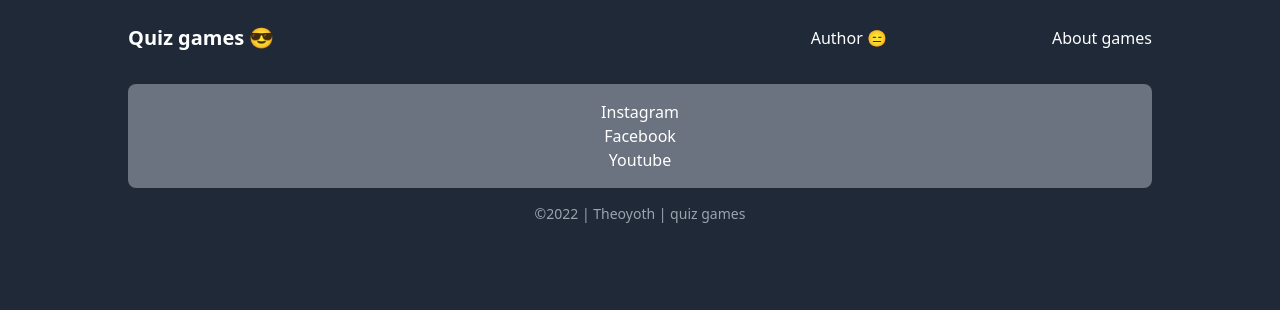
Repository: theoyoth/quiz-game
Page: /author
These files come from the project's save history. The page is drawn as it stood at one moment and after the next save; the edit follows.
The browser window is 1280 px wide. The pictures show the whole page.
The project was rebuilt for these pictures with package versions that can differ from the ones it lists, and the page was loaded fresh each time. The framework's server and built-in components were replaced by stand-ins that run in the browser. Also part of the build but not shown: nuxt.config.js, components/EndPage.vue, components/Loading.vue, layouts/404.vue, layouts/error.vue, layouts/errorLayout.vue.

Above is the page before, as saved 2022-06-16 20:08:15.

### assets/css/main.css
@tailwind base;
@tailwind components;
@tailwind utilities;


/* hide scrollbar */
/* ================================ */
* {
  /* for explorer, edge */
  -ms-overflow-style: none;
  /* for firefox */
  scrollbar-width: none;
}
::-webkit-scrollbar {
  /* for chrome, safari, and opera */
  display: none;
}
/* ================================ */

.correct {
  background-color: rgb(23, 87, 170);
}
.incorrect {
  background-color: rgb(204, 49, 41);
}

### components/Footer.vue
.<template>
  <div class="text-center mt-4">
    <p class="text-sm text-gray-400">&copy;2022 | Theoyoth | quiz games</p>
  </div>
</template>

<script>
export default {

}
</script>

### components/Header.vue
<template>
  <div class="flex justify-between items-center">
    <div>
      <h2 class="font-bold text-xl">
        <NuxtLink to="/">Quiz games 😎</NuxtLink>
      </h2>
    </div>
    <div class="lg:w-1/3 sm:w-1/2 md:w-1/3 xl:w-1/3 flex justify-between items-center">
      <NuxtLink to="/author">Author 😑</NuxtLink>
      <NuxtLink to="/about">About games</NuxtLink>
    </div>
  </div>
</template>

<script>
export default {

}
</script>

### components/Main.vue
<template>
  <div>
    <div class="lg:px-10 md:px-8 sm:px-4 xl:px-32 py-6 min-h-screen bg-gray-800 text-white">
    <Header />
      <NuxtChild />
    <Footer />
    </div>
  </div>
</template>

<script>
export default {

}
</script>

### layouts/default.vue
<template>
  <Main>
      <Nuxt />
  </Main>
</template>

### pages/author.vue
<template>
  <div>
    <div class="bg-gray-500 rounded-lg py-4 flex flex-col items-center mt-8">
      <a href="https://www.instagram.com/theoyoth/" target="_blank">
        <button>Instagram</button>
      </a>
      <a href="/game" target="_blank">
        <button>Facebook</button>
      </a>
      <a href="/game" target="_blank">
        <button>Youtube</button>
      </a>
    </div>
  </div>
</template>

<script>
export default {

}
</script>

### tailwind.config.js
/** @type {import('tailwindcss').Config} */
module.exports = {
  content: [
    "./components/**/*.{js,vue,ts}",
    "./layouts/**/*.vue",
    "./pages/**/*.vue",
    "./plugins/**/*.{js,ts}",
    "./nuxt.config.{js,ts}",
  ],
  theme: {
    extend: {},
    screens: {
      sm: "410px",
      md: "640px",
      lg: "770px",
      xl: "1024px",
    },
  },
  plugins: [],
};

After the next save:
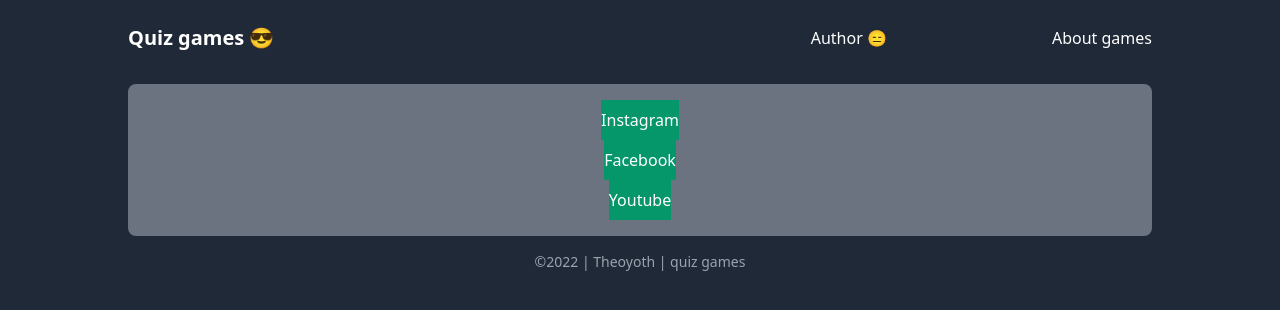
Saved 45 s later.
--- a/pages/author.vue
+++ b/pages/author.vue
@@ -1,13 +1,13 @@
 <template>
   <div>
     <div class="bg-gray-500 rounded-lg py-4 flex flex-col items-center mt-8">
-      <a href="https://www.instagram.com/theoyoth/" target="_blank">
+      <a href="https://www.instagram.com/theoyoth/" target="_blank" class="bg-green-600 py-2">
         <button>Instagram</button>
       </a>
-      <a href="/game" target="_blank">
+      <a href="/game" target="_blank" class="bg-green-600 py-2">
         <button>Facebook</button>
       </a>
-      <a href="/game" target="_blank">
+      <a href="/game" target="_blank" class="bg-green-600 py-2">
         <button>Youtube</button>
       </a>
     </div>
